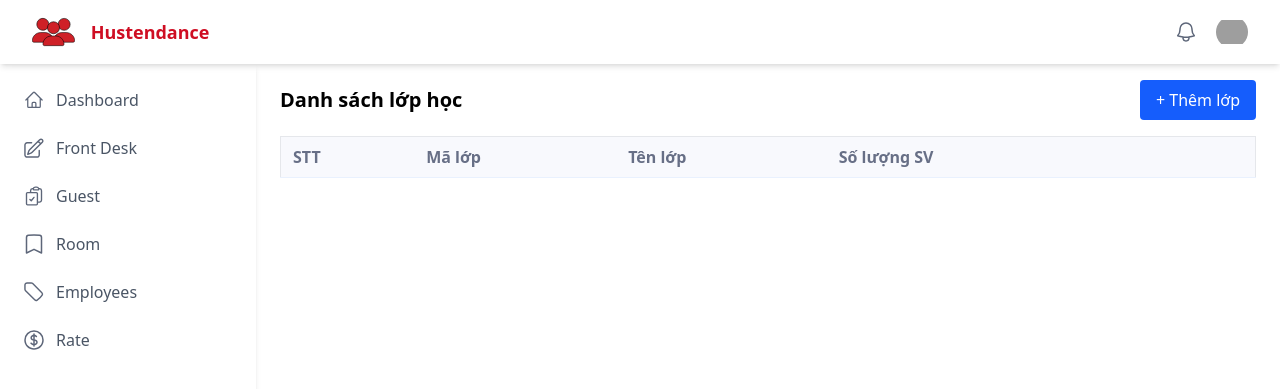
Repository: nguynd/GR1Attendance
Page: / (app in fe/)
An editor plug-in stored every save of this project. The page is shown before and after the next save, followed by the edit.
The browser window is 1280 px wide. The pictures show the whole page.
Pictures or frames that could not be fetched are drawn as grey boxes. The page's requests for data from a server got no answer. The project was rebuilt for these pictures with package versions that can differ from the ones it lists, and the page was loaded fresh each time. Some packages were replaced by stand-ins written for this rebuild. No one was signed in, and anything a server would have sent is missing. Also part of the build but not shown: fe/vite.config.js, fe/src/components/EditClass.jsx, fe/src/services/studentAPI.jsx, fe/src/services/attendanceAPI.jsx, fe/src/components/StudentsInClass.jsx.

Above is the page before, as saved 2025-05-26 00:28:23.

After the next save:
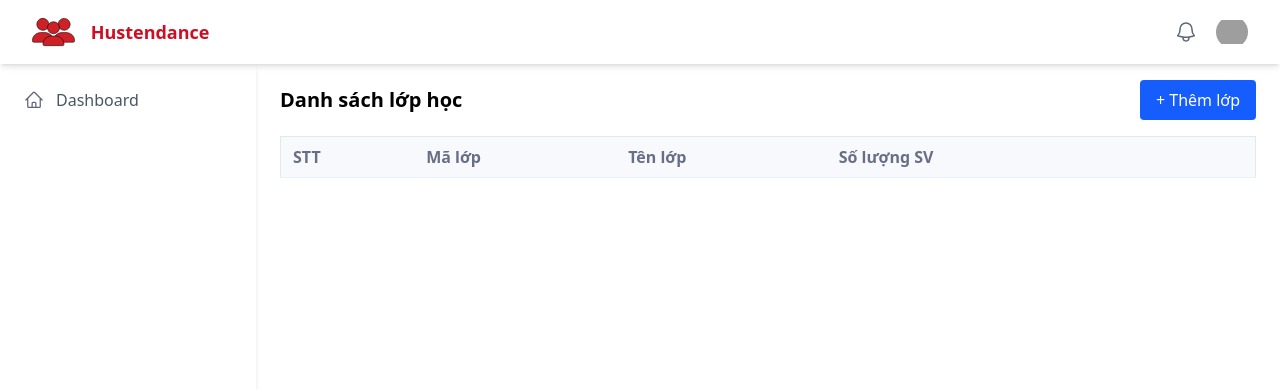
Saved 5 min 57 s later.
--- a/fe/src/components/Sidebar.jsx
+++ b/fe/src/components/Sidebar.jsx
@@ -23,11 +23,6 @@ const NavItem = ({ icon, label, isActive = false }) => (
 function Sidebar() {
   const navItems = [
     { icon: Dashboard, label: 'Dashboard' },
-    { icon: Front_desk, label: 'Front Desk' },
-    { icon: Guest, label: 'Guest' },
-    { icon: Room, label: 'Room', isActive: true },
-    { icon: Employee, label: 'Employees' },
-    { icon: Rate, label: 'Rate' },
   ];
 
   return (
